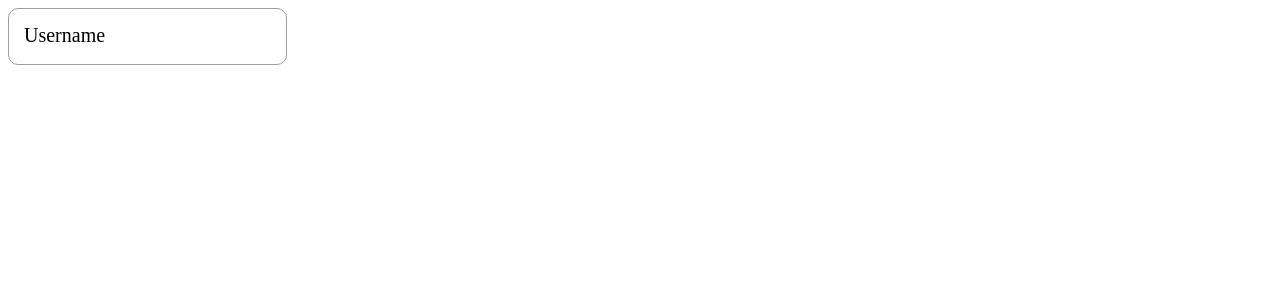
Repository: syni18/input_label_animate
Page: index.html
An editor plug-in stored every save of this project. The page is shown before and after the next save, followed by the edit.
The browser window is 1280 px wide. The pictures show the whole page.

Above is the page before, as saved 2023-11-01 13:52:49.

### index.html
<!DOCTYPE html>
<html lang="en">
<head>
    <meta charset="UTF-8">
    <meta name="viewport" content="width=device-width, initial-scale=1.0">
    <link rel="stylesheet" href="style.css">
    <title>Input label Animation</title>
</head>
<body>
    <div class="input-group">
        <input type="text" class="input" id="username" title="username"/>
        <label for="username" class="label">Username</label>
    </div>
</body>
</html>

### style.css
.input-group {
    font-size: 1.25rem;
    position: relative;
    --primary: #2196f3;
}
.input {
    all: unset;
    color: #fefefe;
    padding: 1rem;
    border: 1px solid #9e9e9e;
    border-radius: 10px;
    transition: 150ms cubic-bezier(0.4, 0 ,0.2, 1);
}
.label {
    position: absolute;
    top: 1rem;
    left: 1rem;
    color: #d;
}

After the next save:
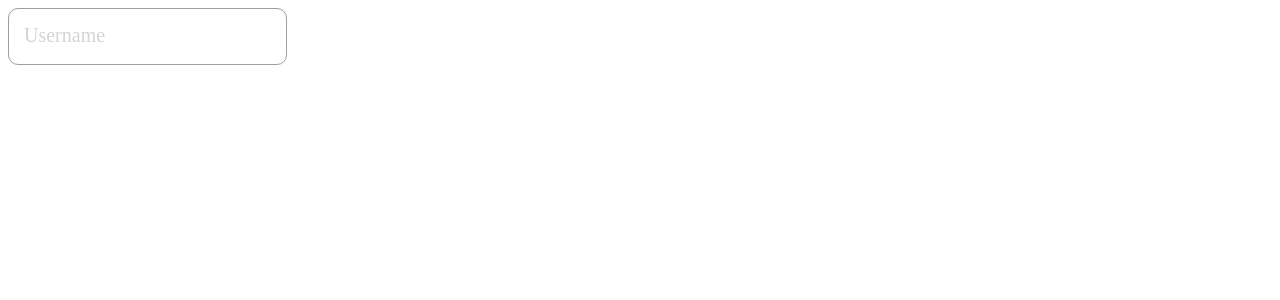
Saved 4 s later.
--- a/style.css
+++ b/style.css
@@ -15,5 +15,5 @@
     position: absolute;
     top: 1rem;
     left: 1rem;
-    color: #d;
+    color: #d4d4d4;
 }
